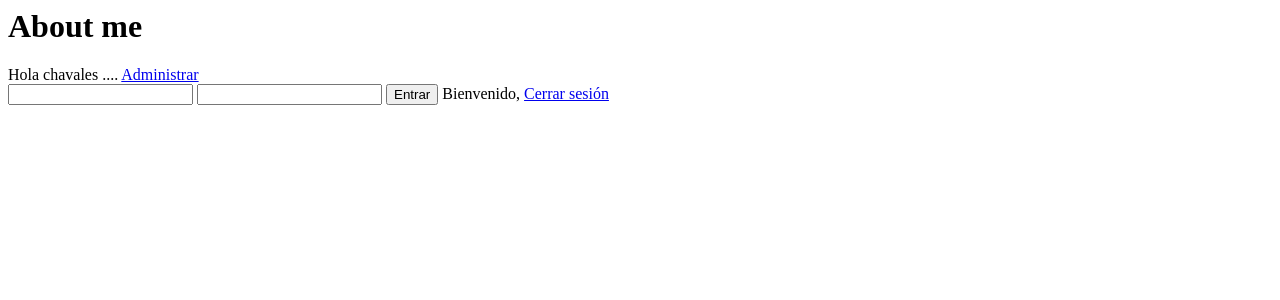
Repository: alruis/IJavaDreamBlog
Page: http://localhost/IJavaBlog/jsp/blog/enlaces.jsp
The author's editor kept a copy of each file at every save. The page is drawn from the files as they stood at one save, then again after the next save.
The browser window is 1280 px wide. The pictures show the whole page.
The page is served by Tomcat 9. Nobody is signed in. The application's start-up code is not run. Other server files are loaded and not shown.

Above is the page before, as saved 2014-09-26 11:53:01.

### IJavaBlog/WebContent/jsp/blog/enlaces.jsp
<%@ page language="java" contentType="text/html; charset=UTF-8"
    pageEncoding="UTF-8"%>
<div id="enlaces">
		<h1>About me</h1>
	Hola chavales ....

	<a href="administrar.blog"> Administrar</a>
	</br>
	<form action="autenticar.blog" method="post">
	<div>
		<c:choose>
			<c:when test="${empty sessionScope.usuario}">
				<input type="text" name="correo" />
				<input type="text" name="clave" />
				<input type="submit" value="Entrar" />
			</c:when>
			<c:otherwise>
			<span style="text-align: right;">
				Bienvenido, ${sessionScope.usuario.correo }
				<a href="cerrarSesion.blog">Cerrar sesión</a>
			</span>
			</c:otherwise>
		</c:choose>
	</div>
	</form>
</div>

After the next save:
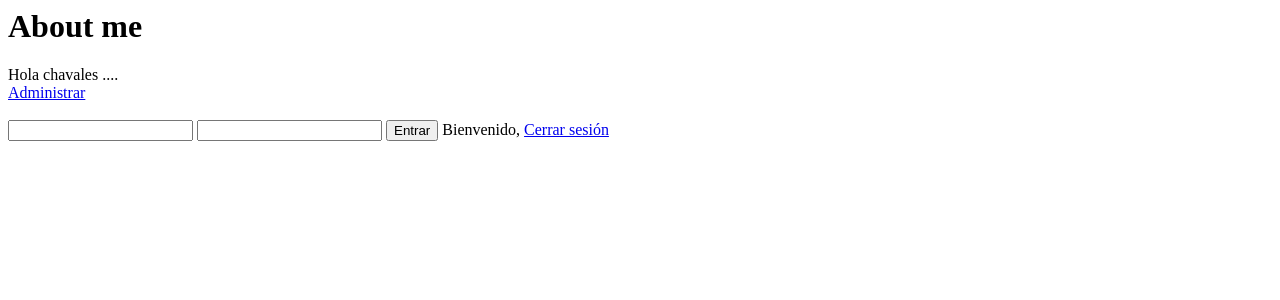
Saved 107 s later.
--- a/IJavaBlog/WebContent/jsp/blog/enlaces.jsp
+++ b/IJavaBlog/WebContent/jsp/blog/enlaces.jsp
@@ -4,10 +4,13 @@
 		<h1>About me</h1>
 	Hola chavales ....
 
+	<div>
 	<a href="administrar.blog"> Administrar</a>
+	</div>
 	</br>
+	<div>
 	<form action="autenticar.blog" method="post">
-	<div>
+
 		<c:choose>
 			<c:when test="${empty sessionScope.usuario}">
 				<input type="text" name="correo" />
@@ -21,6 +24,7 @@
 			</span>
 			</c:otherwise>
 		</c:choose>
+
+	</form>
 	</div>
-	</form>
 </div>
